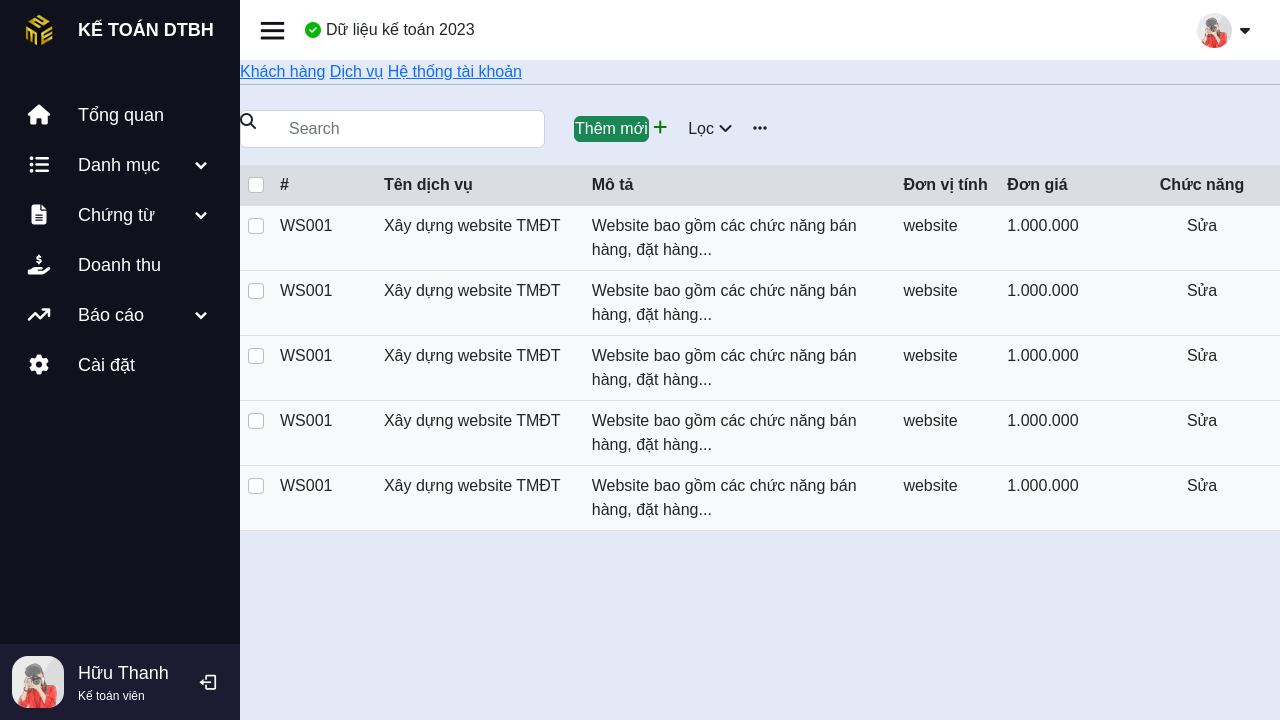
Repository: huuthanhdev/PhanMemKeToan
Page: pages/service.html
These files come from the project's save history. The page is drawn as it stood at one moment and after the next save; the edit follows.
The browser window is 1280 px wide. The pictures show the whole page.
Some web fonts or font styles are not loaded; a fallback is used. Some web libraries are served in a nearby version.

Above is the page before, as saved 2023-03-24 17:07:14.

After the next save:
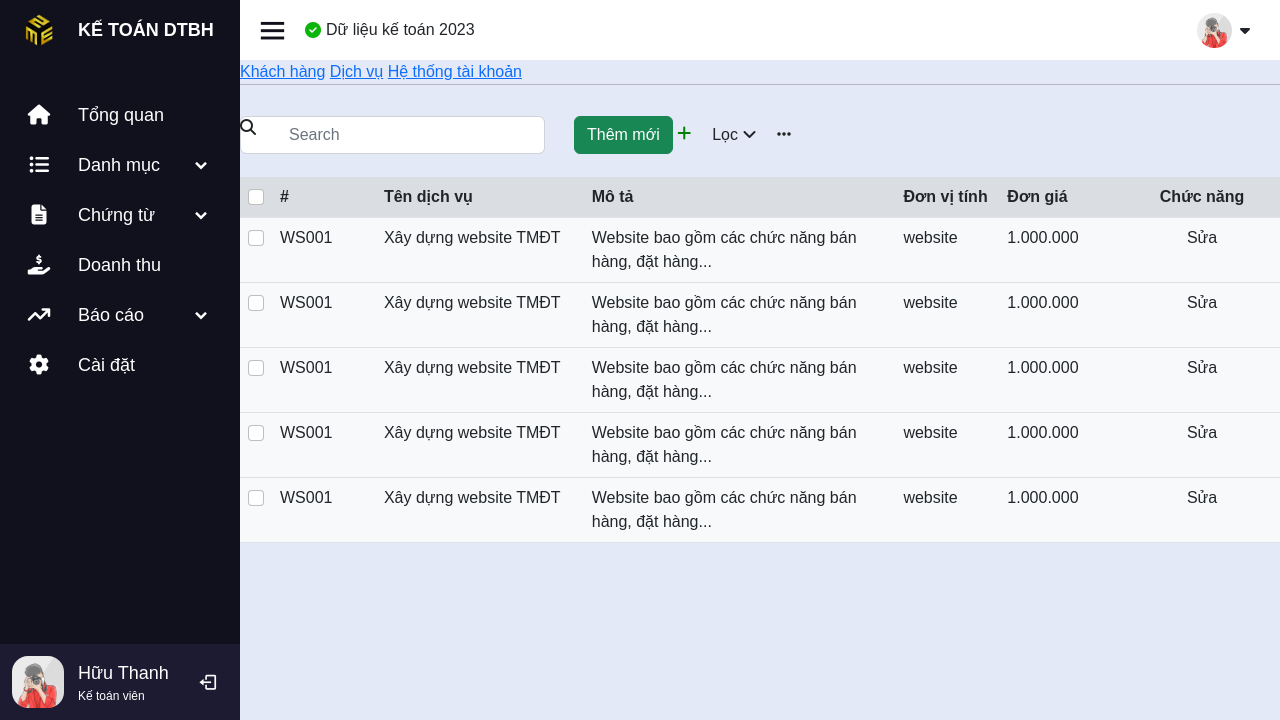
Saved 10 s later.
--- a/pages/service.html
+++ b/pages/service.html
@@ -144,7 +144,7 @@
                   <input class="form-control w-100 px-5 m-0" placeholder="Search">
               </div>
               <div class="btn">
-                <button type="button" class="btn btn-success ms-3 p-0">Thêm mới</button>
+                <button type="button" class="btn btn-success ms-3">Thêm mới</button>
                 <i class="fa-solid fa-plus align-items-center" style="color: green"></i>
               </div>
               <div class="filter px-2">
